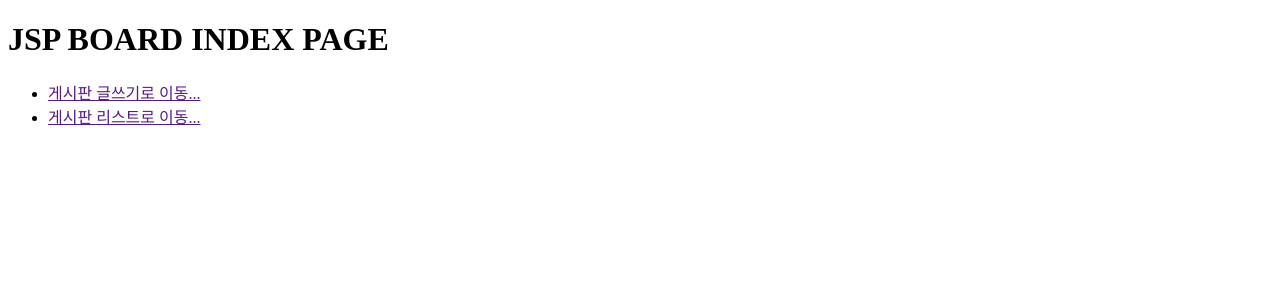
Repository: dhalfks/java2022_09_03
Page: http://localhost/board/
These files come from the project's save history. The page is drawn as it stood at one moment and after the next save; the edit follows.
The browser window is 1280 px wide. The pictures show the whole page.
The page is served by Tomcat 9. Other server files are loaded and not shown.

Above is the page before, as saved 2022-11-25 05:41:48.

### JSP_Board/board/src/main/webapp/index.jsp
<%@ page language="java" contentType="text/html; charset=UTF-8"
    pageEncoding="UTF-8"%>
<!DOCTYPE html>
<html>
<head>
<meta charset="UTF-8">
<title>Insert title here</title>
</head>
<body>
<h1> JSP BOARD INDEX PAGE</h1>

<ul>
	<li>
		<a href=""> 게시판 글쓰기로 이동... </a>
	</li>
	<li>
		<a href=""> 게시판 리스트로 이동... </a>
	</li>
</ul>
</body>
</html>

After the next save:
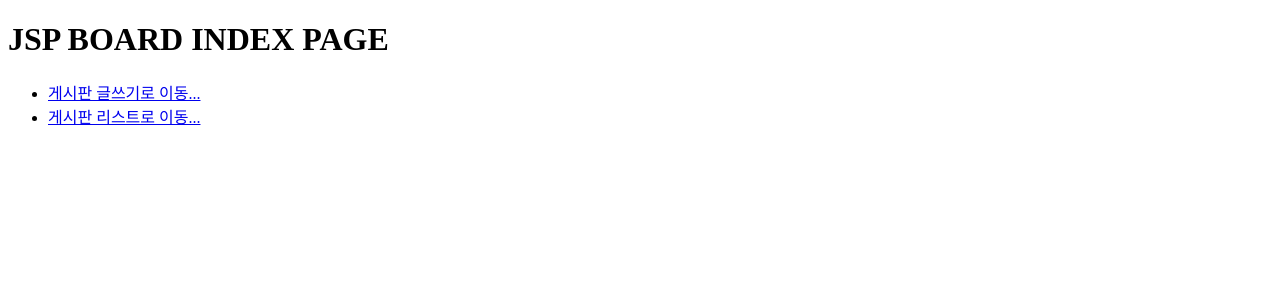
Saved 8 min 35 s later.
--- a/JSP_Board/board/src/main/webapp/index.jsp
+++ b/JSP_Board/board/src/main/webapp/index.jsp
@@ -11,10 +11,10 @@
 
 <ul>
 	<li>
-		<a href=""> 게시판 글쓰기로 이동... </a>
+		<a href="/brd/register"> 게시판 글쓰기로 이동... </a>
 	</li>
 	<li>
-		<a href=""> 게시판 리스트로 이동... </a>
+		<a href="/brd/list"> 게시판 리스트로 이동... </a>
 	</li>
 </ul>
 </body>
